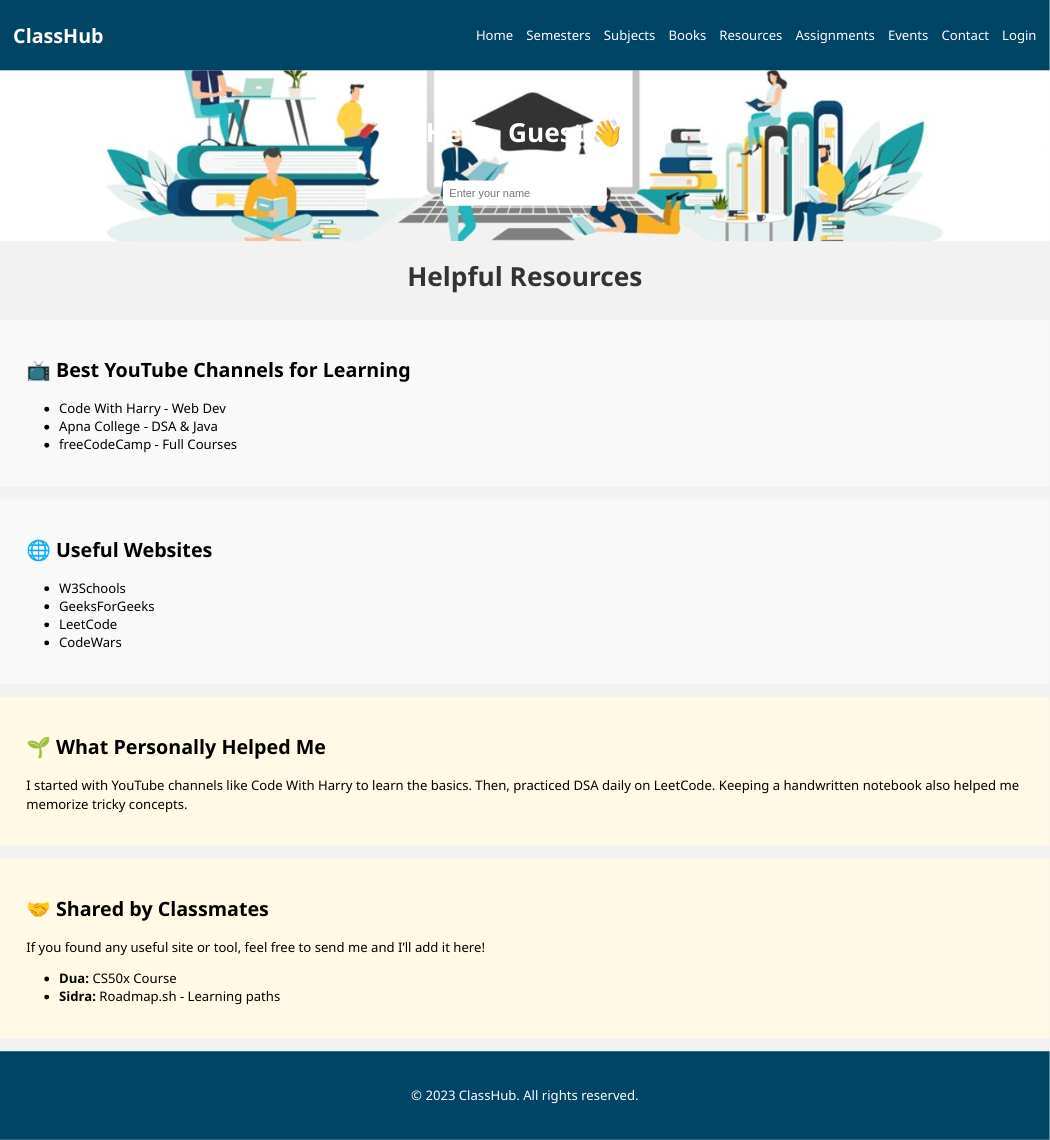
Repository: MariamSawera/eduNova
Page: resources.html
An editor plug-in stored every save of this project. The page is shown before and after the next save, followed by the edit.
The browser window is 1280 px wide. The pictures show the whole page, at 82% of full size.

Above is the page before, as saved 2025-07-23 22:47:48.

### resources.html
<html>
<head>
    <title>Resources</title>
    <meta charset="UTF-8">
    <meta name="viewport" content="width=device-width, initial-scale=1.0">
    <link rel="stylesheet" href="styles.css">
    <script src="script.js"></script>
</head>
<body>
    <nav>
        <div class="logo">ClassHub</div>
        <ul>
        <li><a href="index.html">Home</a></li>
        <li><a href="index.html#semester">Semesters</a></li>
        <li><a href="subjects.html">Subjects</a></li>
        <li><a href="books.html">Books</a></li>
        <li><a href="resources.html">Resources</a></li>
        <li><a href="assignments.html">Assignments</a></li>
        <li><a href="events.html">Events</a></li>
        <li><a href="contact.html">Contact</a></li>
        <li><a href="login.html">Login</a></li>
        </ul>
    </nav>

    <!-- Hero Section -->
    <div class="hero">
      <h1 id="welcome">Hello, Guest 👋</h1>
      <input
        type="text"
        id="nameInput"
        placeholder="Enter your name"
        oninput="updateName()"
      />
    </div>

    <h1 class="heading">Helpful Resources</h1>

    <div>
        <div>
            <img src="" alt="">
            <p>

            </p>
            <a href=""></a>



        </div>

        <div>




        </div>


    </div>



      <section class="resources-section">
    <h2>📺 Best YouTube Channels for Learning</h2>
    <ul>
      <li><a href="https://youtube.com/CodeWithHarry" target="_blank">Code With Harry - Web Dev</a></li>
      <li><a href="https://youtube.com/ApnaCollegeOfficial" target="_blank">Apna College - DSA & Java</a></li>
      <li><a href="https://youtube.com/FreeCodeCamp" target="_blank">freeCodeCamp - Full Courses</a></li>
    </ul>
  </section>

  <!-- Websites -->
  <section class="resources-section">
    <h2>🌐 Useful Websites</h2>
    <ul>
      <li><a href="https://www.w3schools.com/" target="_blank">W3Schools</a></li>
      <li><a href="https://www.geeksforgeeks.org/" target="_blank">GeeksForGeeks</a></li>
      <li><a href="https://leetcode.com/" target="_blank">LeetCode</a></li>
      <li><a href="https://www.codewars.com/" target="_blank">CodeWars</a></li>
    </ul>
  </section>

  <!-- What Helped Me -->
  <section class="my-tips">
    <h2>🌱 What Personally Helped Me</h2>
    <p>I started with YouTube channels like Code With Harry to learn the basics. Then, practiced DSA daily on LeetCode. Keeping a handwritten notebook also helped me memorize tricky concepts.</p>
  </section>

  <!-- Classmate Contributions -->
  <section class="classmate-tips">
    <h2>🤝 Shared by Classmates</h2>
    <p>If you found any useful site or tool, feel free to send me and I’ll add it here!</p>

    <ul>
      <li><strong>Dua:</strong> <a href="https://cs50.harvard.edu/x/" target="_blank">CS50x Course</a></li>
      <li><strong>Sidra:</strong> <a href="https://roadmap.sh/" target="_blank">Roadmap.sh - Learning paths</a></li>
    </ul>
  </section>







    </div>

    <!-- Footer -->
    <footer class="footer">
        <p>&copy; 2023 ClassHub. All rights reserved.</p>
    </footer>

</body>
</html>

### styles.css
html {
  scroll-behavior: smooth;
}

body {
  margin: 0;
  font-family: "Segoe UI", sans-serif;
  background: #f2f2f2;
  /* background-color: #B3DDF0; */
}

nav {
  background-color: #004466;
  color: white;
  padding: 1rem;
  display: flex;
  justify-content: space-between;
  align-items: center;
}

nav .logo {
  font-size: 1.5rem;
  font-weight: bold;
}

a {
  text-decoration: none;
  color: inherit;
}

nav ul {
  list-style: none;
  display: flex;
  gap: 1rem;
}

nav ul li {
  display: inline;
}

nav ul li a {
  color: white;
  text-decoration: none;
}

.hero {
  /* background: linear-gradient(to right, #00aaff, #00ffcc); */
  background-image: url("./images/banner.jpg");
  background-position: center;
  color: white;
  padding: 2rem;
  text-align: center;
  height: 20vh;
}

.hero input {
  padding: 0.5rem;
  border: none;
  border-radius: 5px;
  margin-top: 1rem;
  width: 200px;
}

.dashboard {
  display: grid;
  grid-template-columns: 1fr 1fr 1fr;
  gap: 1rem;
  padding: 2rem;
}

.card {
  background: white;
  padding: 1rem;
  border-radius: 10px;
  box-shadow: 0 2px 5px rgba(0, 0, 0, 0.1);
}

.quick-links {
  padding: 2rem;
  display: grid;
  grid-template-columns: repeat(3, minmax(150px, 1fr));
  gap: 1rem;
}

.link-card {
  display: flex;
  justify-content: center;
  align-items: center;
  font-size: 30px;
  color: white;
}

.quick-links .link-card {
  background: white;
  text-align: center;
  padding: 1rem;
  border-radius: 10px;
  box-shadow: 0 2px 5px rgba(0, 0, 0, 0.1);
  height: 80px;
}

.footer {
  background-color: #004466;
  display: flex;
  justify-content: center;
  align-items: center;
  color: white;
  height: 15vh;
}

.heading {
  color: #333;
  margin-bottom: 1rem;
  text-align: center;
  font-size: 2rem;
}

/* books.html */
.book-container {
  display: flex;
  justify-content: center;
  text-align: center;
  gap: 1rem;
  padding: 2rem;
  flex-wrap: wrap;
}

.book-card {
  background: white;
  width: 20%;
  padding: 1rem;
  border-radius: 8px;
  box-shadow: 0 2px 5px rgba(0, 0, 0, 0.1);
  text-align: center;
}

.book-card img {
  max-width: 100%;
  height: 40vh;
  border-radius: 5px;
  object-fit: cover;
}

.info {
  padding: 1rem;
  text-align: center;
}

.info h3 {
  margin: 0.5rem 0;
  font-size: 1.1rem;
  color: #222;
}

.info p {
  font-size: 0.9rem;
  color: #555;
}

.info a {
  display: inline-block;
  margin-top: 0.7rem;
  padding: 0.5rem 1rem;
  background: #0077cc;
  color: white;
  text-decoration: none;
  border-radius: 5px;
}

.info a:hover {
  background: #005fa3;
}

/* subjects.html */
.instructor-container {
  display: flex;
  justify-content: center;
  align-items: center;
  flex-wrap: wrap;
  gap: 2rem;
  margin: 30px;
}

.instructor-card {
  background-color: white;
  padding: 25px;
  /* margin: 12px; */
  display: inline-block;
  width: 20%;
  height: auto;
  flex-direction: column;
  align-items: center;
  text-align: center;
  border-radius: 30px;
  margin-bottom: 1rem;
  box-shadow: 0px 4px 10px rgba(0, 0, 0, 0.1);
}

.instructor-card img {
  border-radius: 50%;
  object-fit: cover;
}

.instructor-card h3 {
  margin: 8px 0;
}

.difficulty {
  font-size: 15px;
  font-weight: bold;
  color: black;
  background-color: rgb(214, 211, 0);
  padding: 4px 10px;
  border-radius: 5px;
  width: 40pxpx;
  display: inline-block;
}

.resources {
  margin-top: 10px;
}

.resources a {
  /* background-color: rgb(73, 73, 192);
  margin: 7px;
  color: white;
  padding: 6px 12px;
  border-radius: 10px;
  font-size: 15px;
  display: inline-block; */
  display: inline-block;
  margin-top: 0.7rem;
  padding: 0.5rem 1rem;
  background: #0077cc;
  color: white;
  text-decoration: none;
  border-radius: 5px;

}

.resources a:hover {
  background-color: blueviolet;
}

/* resources.html */

.resources-section {
  padding: 1.5rem 2rem;
  background-color: #f9f9f9;
  margin-bottom: 1rem;
}

.my-tips, .classmate-tips {
  padding: 1.5rem 2rem;
  background-color: #fff9e6;
  margin-bottom: 1rem;
}

### script.js
function updateName() {
      const name = document.getElementById('nameInput').value;
      const welcome = document.getElementById('welcome');
      if(name.trim()) {
        welcome.textContent = `Hello, ${name}! 👋`;
      } else {
        welcome.textContent = `Hello, Guest 👋`;
      }
    }

After the next save:
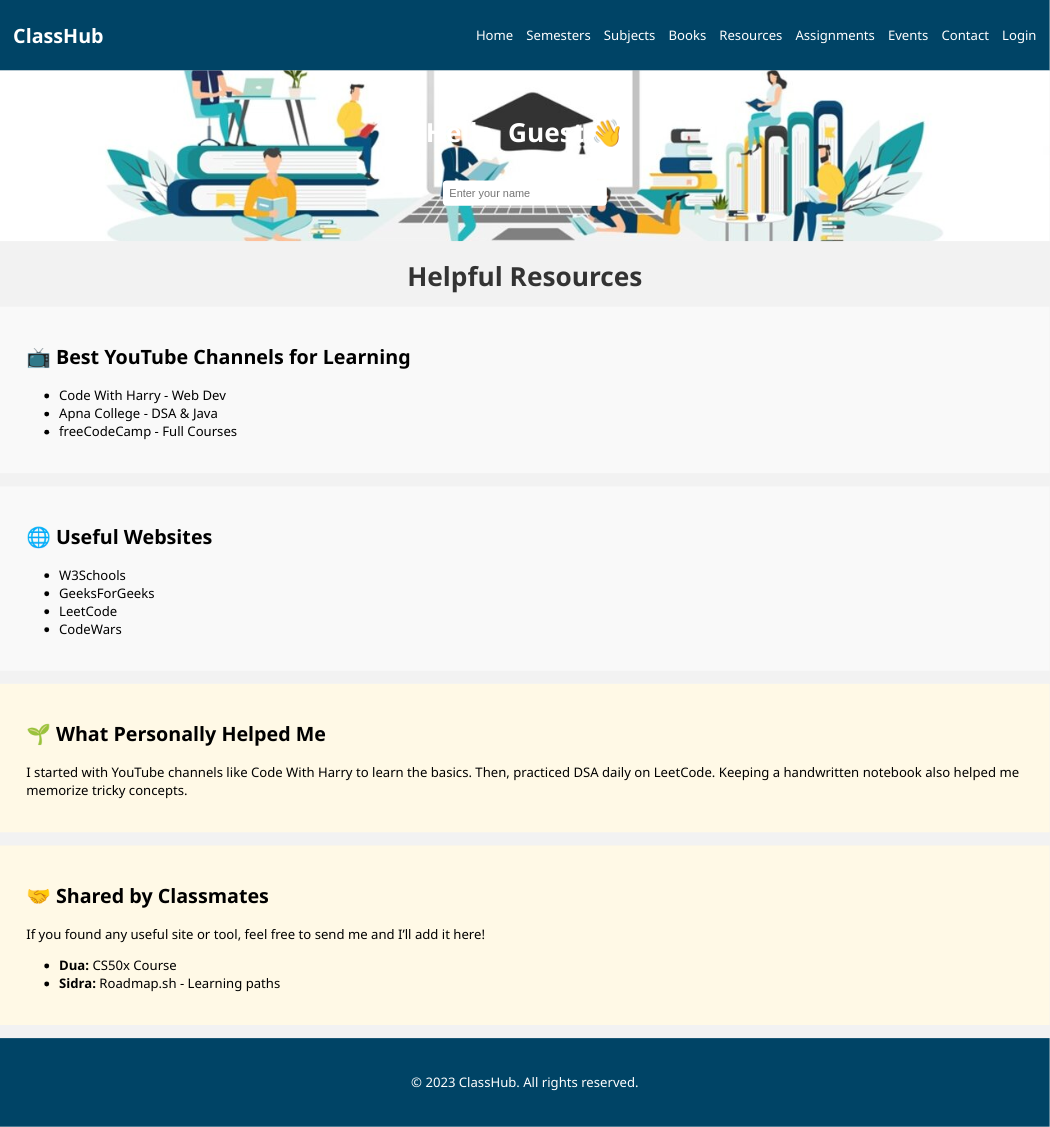
Saved 64 min 42 s later.
--- a/resources.html
+++ b/resources.html
@@ -35,27 +35,6 @@
 
     <h1 class="heading">Helpful Resources</h1>
 
-    <div>
-        <div>
-            <img src="" alt="">
-            <p>
-
-            </p>
-            <a href=""></a>
-
-
-
-        </div>
-
-        <div>
-
-
-
-
-        </div>
-
-
-    </div>
 
 
 
